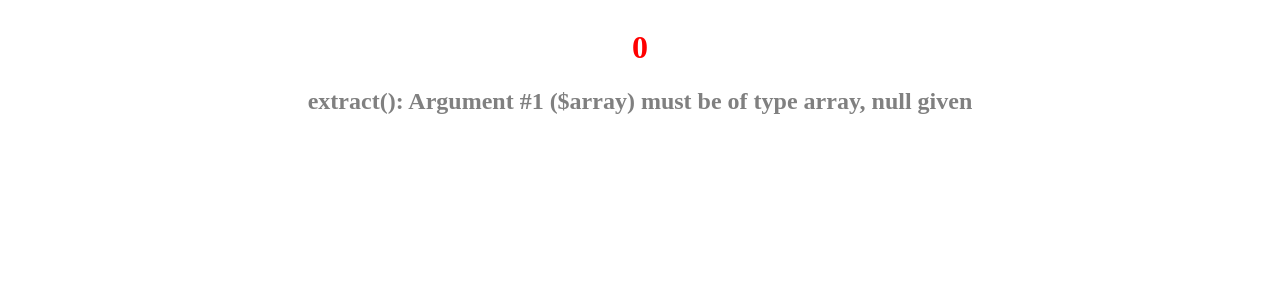
Repository: Aram5864/asdasdasdasdasdasas
Page: http://localhost/
An editor plug-in stored every save of this project. The page is shown before and after the next save, followed by the edit.
The browser window is 1280 px wide. The pictures show the whole page.
The page is run by PHP 8.4 with error messages shown; the project is at /var/www/html/. Other server files are loaded and not shown.

Above is the page before, as saved 2022-05-07 10:33:00.

### public/index.php
<?php
include_once '../configs/PathDirectory.php';
include_once _VENDOR . 'app.php';


try {
   App::run();
}
catch (Error $e) {
    include_once _VENDOR . 'Errors.php';
}



?>

### configs/PathDirectory.php
<?php

define("BASE_URL", dirname(__DIR__) . DIRECTORY_SEPARATOR);
define("_CONFIGS", BASE_URL . "configs" . DIRECTORY_SEPARATOR);
define("_CONTROLLERS", BASE_URL . "controllers" . DIRECTORY_SEPARATOR);
define("_MODELS", BASE_URL . "model" . DIRECTORY_SEPARATOR);
define("_PUBLIC", BASE_URL . "public" . DIRECTORY_SEPARATOR);
define("_CSS", _PUBLIC . "css" . DIRECTORY_SEPARATOR);
define("_FONT", _PUBLIC . "font" . DIRECTORY_SEPARATOR);
define("_IMAGES", _PUBLIC . "images" . DIRECTORY_SEPARATOR);
define("_JS", _PUBLIC . "js" . DIRECTORY_SEPARATOR);
define("_VENDOR", BASE_URL . "vendor" . DIRECTORY_SEPARATOR);
define("_VIEWS", BASE_URL . "views" . DIRECTORY_SEPARATOR);
define("_LAYOUTS", _VIEWS . "layouts" . DIRECTORY_SEPARATOR);
define("_PAGES", _VIEWS . "pages" . DIRECTORY_SEPARATOR);


// controllers

define("_DEFAULTCONTROLLER", 'home');
define("_DEFAULTMETHOD", 'index');

### controllers/HomeController.php
<?php

class HomeController {

    public function index()
    {

        extract($params);

    }
}

After the next save:
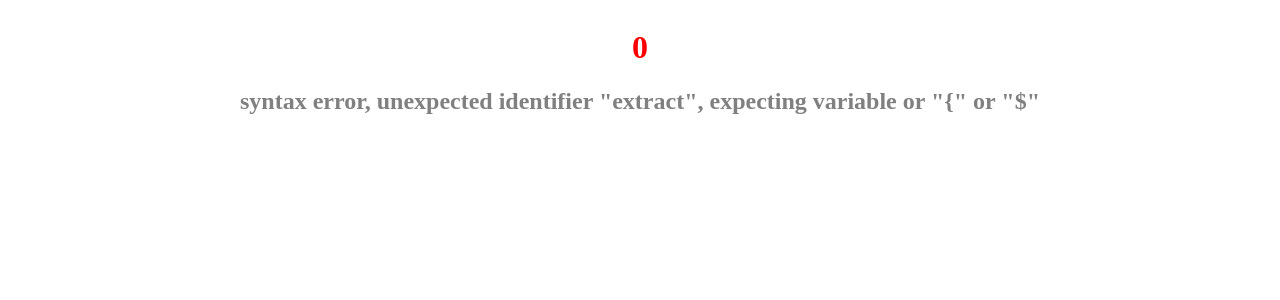
Saved 27 s later.
--- a/controllers/HomeController.php
+++ b/controllers/HomeController.php
@@ -4,7 +4,7 @@
 
     public function index()
     {
-
+       $
         extract($params);
 
     }

After the 2 saves that followed:
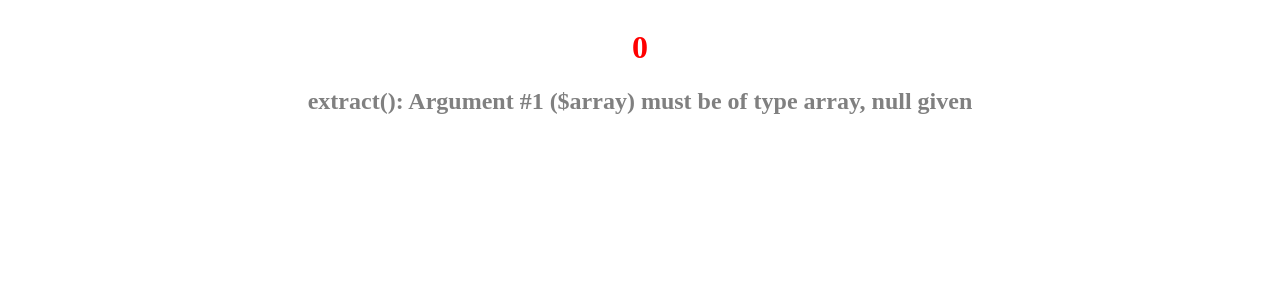
The 2 saves are shown as one change because they came seconds apart.
The last was saved 5 s later.
--- a/controllers/HomeController.php
+++ b/controllers/HomeController.php
@@ -4,7 +4,7 @@
 
     public function index()
     {
-       $
+       $arr = [];
         extract($params);
 
     }
